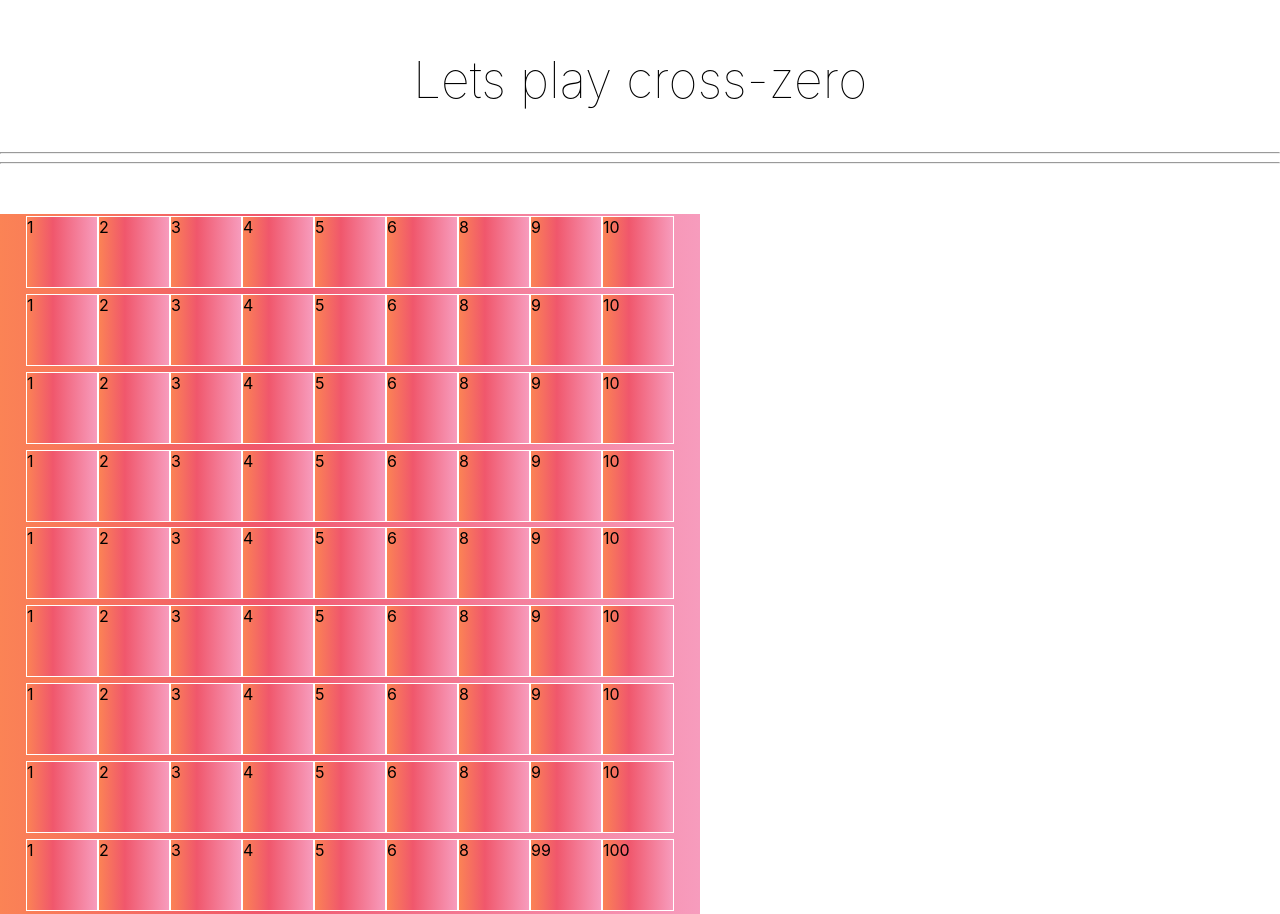
Repository: PGVlasov/cross-zero-game
Page: /
These files come from the project's save history. The page is drawn as it stood at one moment and after the next save; the edit follows.
The browser window is 1280 px wide. The pictures show the whole page.
The project was rebuilt for these pictures with package versions that can differ from the ones it lists, and the page was loaded fresh each time. Also part of the build but not shown: webpack.config.js, src/Containers/Field/Field.module.css, src/Containers/Field/Field.js.

Above is the page before, as saved 2020-11-27 15:02:47.

After the next save:
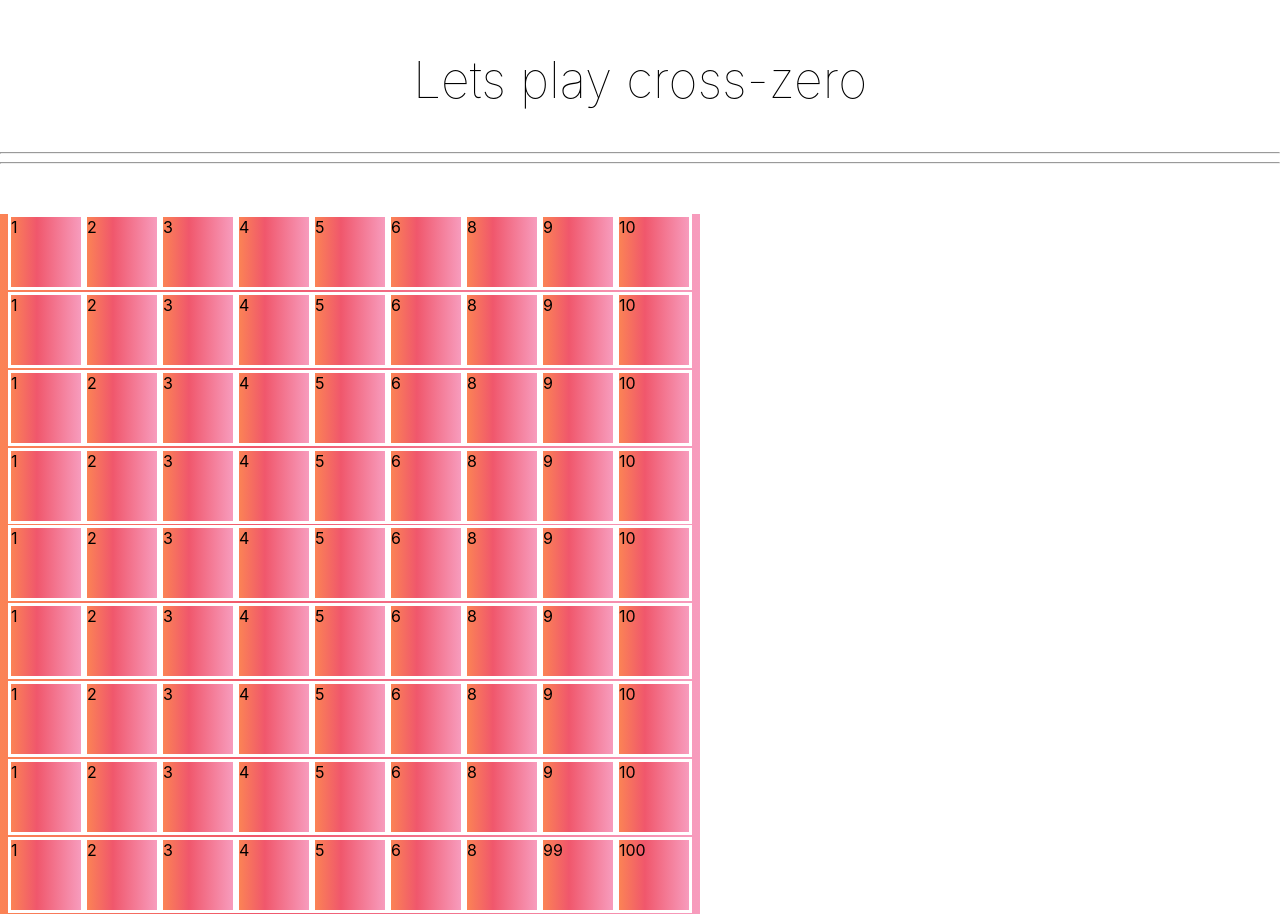
Saved 46 h 47 min later.
--- a/src/Containers/Field/Field1.module.css
+++ b/src/Containers/Field/Field1.module.css
@@ -15,6 +15,6 @@
   width: 70px;
   height: 70px;
   font-size: 500;
-  border: white 1px solid;
+  border: white 3px solid;
   background: linear-gradient(90deg, #fb8355 0%, #f0576c 37%, #f79cbd 100%);
 }
